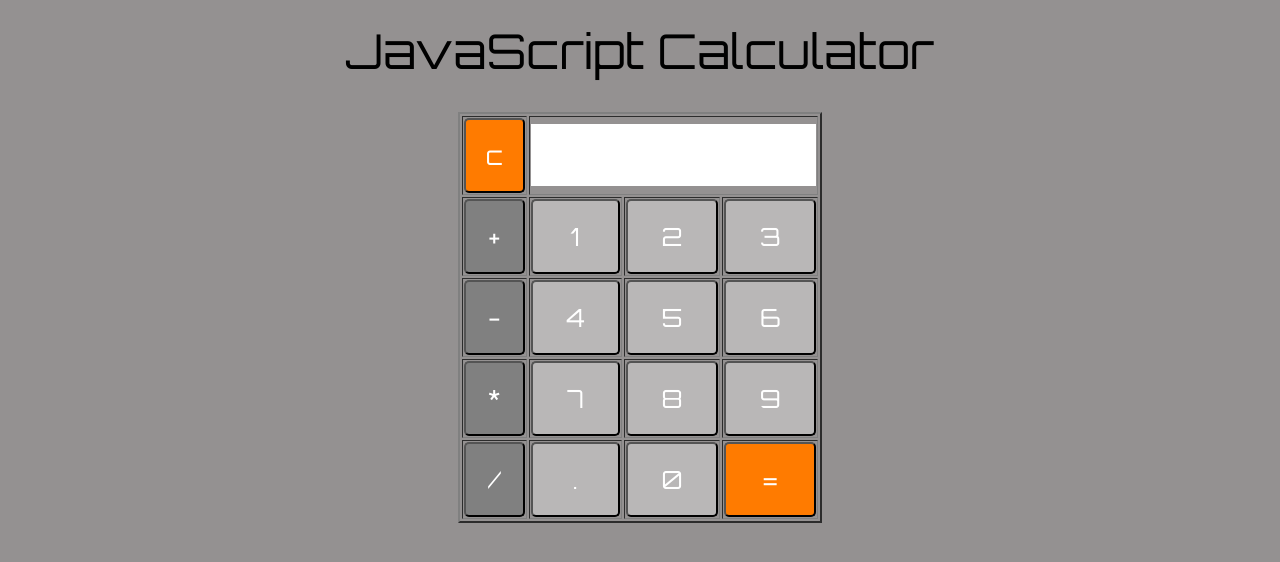
Repository: spidero7/Simple-Calculator
Page: index.html
These files come from the project's save history. The page is drawn as it stood at one moment and after the next save; the edit follows.
The browser window is 1280 px wide. The pictures show the whole page.

Above is the page before, as saved 2021-09-16 08:04:03.

After the next save:
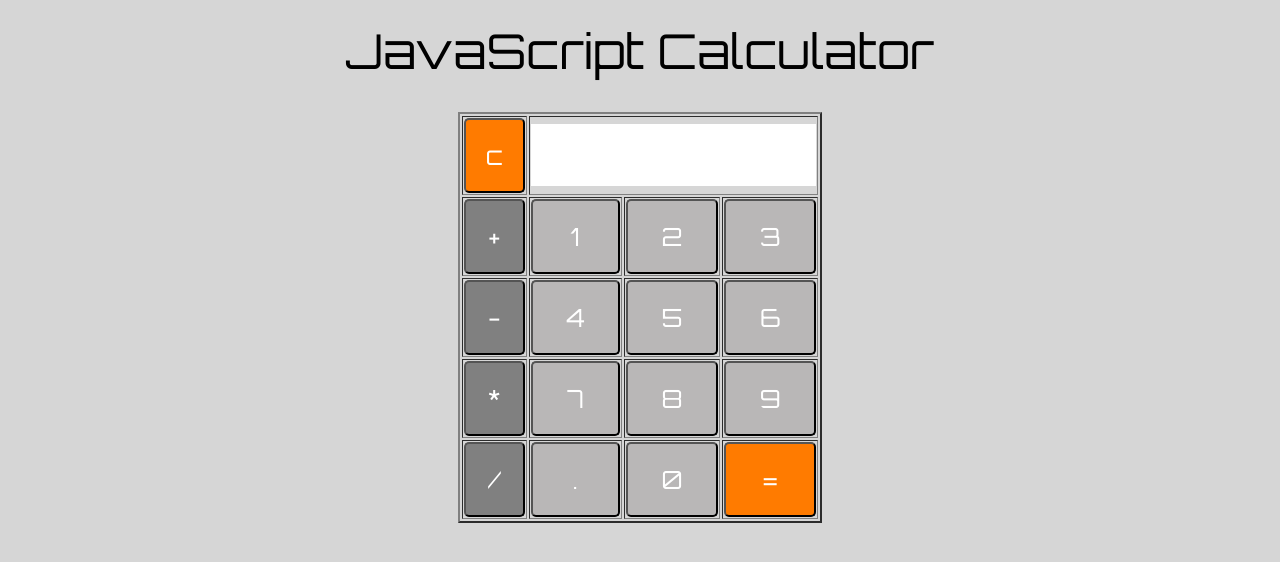
Saved 14 s later.
--- a/style.css
+++ b/style.css
@@ -6,7 +6,7 @@
 body {
     margin: 0;
     padding: 0;
-    background-color: rgb(148, 145, 145);
+    background-color: rgb(214, 214, 214);
 }
 
 .calculator-container {
